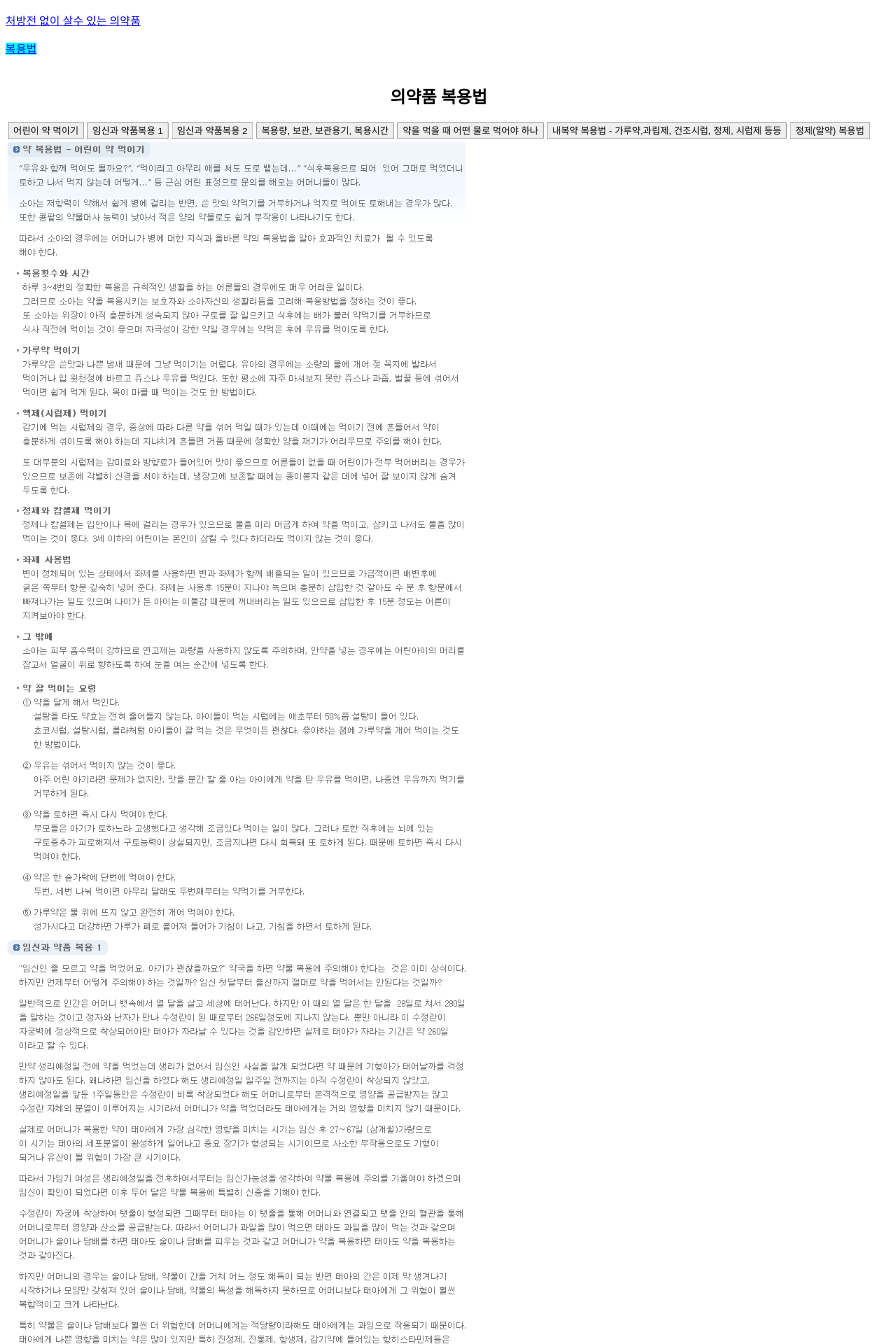
Repository: letzbegin/Study
Page: http://localhost/portfolio/WEB-INF/views/pillinfo/pill_useage.jsp
These files come from the project's save history. The page is drawn as it stood at one moment and after the next save; the edit follows.
The browser window is 1280 px wide. The pictures show the part of the page from y = 0 to 1920 px (the page is 4956 px tall before and 4981 px after), at 70% of full size.
The page is served by Tomcat 9. Nobody is signed in. Other server files are loaded and not shown. The template is opened directly, without the code that normally fills it, so the values that code supplies are empty.

Above is the page before, as saved 2018-10-12 05:51:41.

### pol/portfolio/src/main/webapp/WEB-INF/views/pillinfo/pill_useage.jsp
<%@ page language="java" contentType="text/html; charset=UTF-8"
	pageEncoding="UTF-8"%>
<!DOCTYPE html PUBLIC "-//W3C//DTD HTML 4.01 Transitional//EN" "http://www.w3.org/TR/html4/loose.dtd">
<html>
<head>
<meta http-equiv="Content-Type" content="text/html; charset=UTF-8">
<title>Insert title here</title>
</head>
<body>
	<div class="container"></div>
	<div class="container-fluid text-center">
		<div class="row content">
			<div class="col-sm-3 sidenav">
				<p>
					<a href="pillnon">처방전 없이 살수 있는 의약품</a>
				</p>
				<p>
					<a href="pillusage" style="background: aqua;">복용법</a>
				</p>
			</div>
			<div class="col-sm-6 text-left">
				<table class="table ">


					<tr>
						<th><h2>의약품 복용법</h2>
										<button type="button" class="btn btn-success">어린이 약 먹이기</button>
										<button type="button" class="btn btn-primary">임신과 약품복용 1</button>
										<button type="button" class="btn btn-primary">임신과 약품복용 2</button>
										<button type="button" class="btn btn-primary">복용량, 보관, 보관용기, 복용시간</button>
										<button type="button" class="btn btn-primary">약을 먹을 때 어떤 물로 먹어야 하나</button>
										<button type="button" class="btn btn-primary">내복약 복용법 - 가루약,과립제, 건조시럽, 정제, 시럽제 등등</button>
										<button type="button" class="btn btn-primary">정제(알약) 복용법</button>
							</th>
					</tr>
					<tr>
						<td><img src="img/useage/useage00.gif"></td>
					</tr>
					<tr>
					<tr>
						<td><img src="img/useage/useage01.gif"></td>
					</tr>
					<tr>
					<tr>
						<td><img src="img/useage/useage02.gif"></td>
					</tr>
					<tr>
					<tr>
						<td><img src="img/useage/useage03.gif"></td>
					</tr>
					<tr>
					<tr>
						<td><img src="img/useage/useage04.gif"></td>
					</tr>
					<tr>
					<tr>
						<td><img src="img/useage/useage05.gif"></td>
					</tr>
					<tr>
						<td><img src="img/useage/useage06.gif"></td>
					</tr>
					<tr>
						<td><a href="#" style="align: right;">위로가기</a></td>

					</tr>

				</table>
			</div>
			<div class="col-sm-3 sidenav">
				<div class="well">
					<p>ADS</p>
				</div>
				<div class="well">
					<p>ADS</p>
				</div>
			</div>
		</div>
	</div>
</body>
</html>

After the next save:
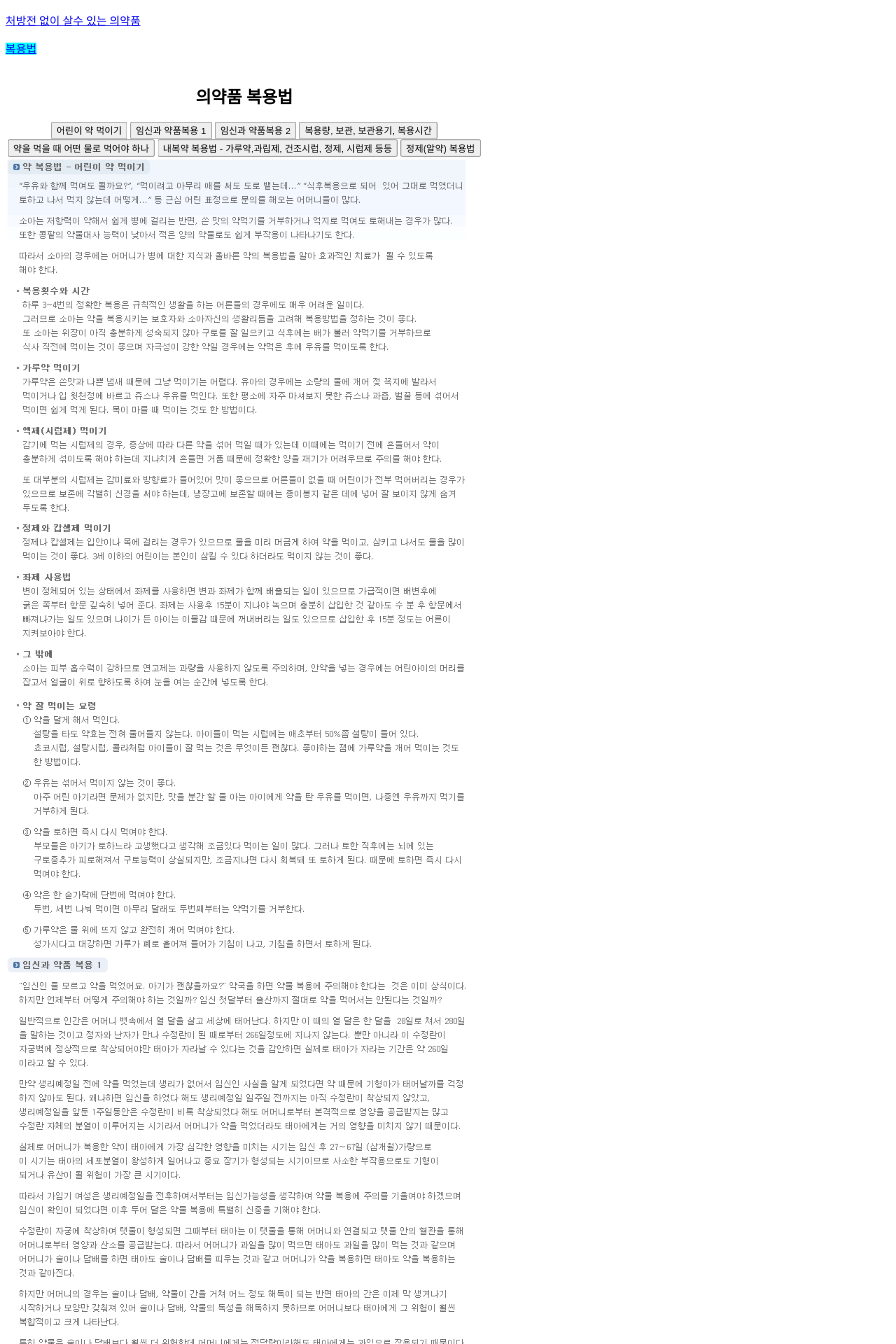
Saved 95 s later.
--- a/pol/portfolio/src/main/webapp/WEB-INF/views/pillinfo/pill_useage.jsp
+++ b/pol/portfolio/src/main/webapp/WEB-INF/views/pillinfo/pill_useage.jsp
@@ -24,13 +24,17 @@
 
 					<tr>
 						<th><h2>의약품 복용법</h2>
+						<div class="btn-group btn-group-justified">
 										<button type="button" class="btn btn-success">어린이 약 먹이기</button>
 										<button type="button" class="btn btn-primary">임신과 약품복용 1</button>
 										<button type="button" class="btn btn-primary">임신과 약품복용 2</button>
 										<button type="button" class="btn btn-primary">복용량, 보관, 보관용기, 복용시간</button>
+						</div>
+						<div class="btn-group btn-group-justified">
 										<button type="button" class="btn btn-primary">약을 먹을 때 어떤 물로 먹어야 하나</button>
 										<button type="button" class="btn btn-primary">내복약 복용법 - 가루약,과립제, 건조시럽, 정제, 시럽제 등등</button>
 										<button type="button" class="btn btn-primary">정제(알약) 복용법</button>
+						</div>
 							</th>
 					</tr>
 					<tr>
